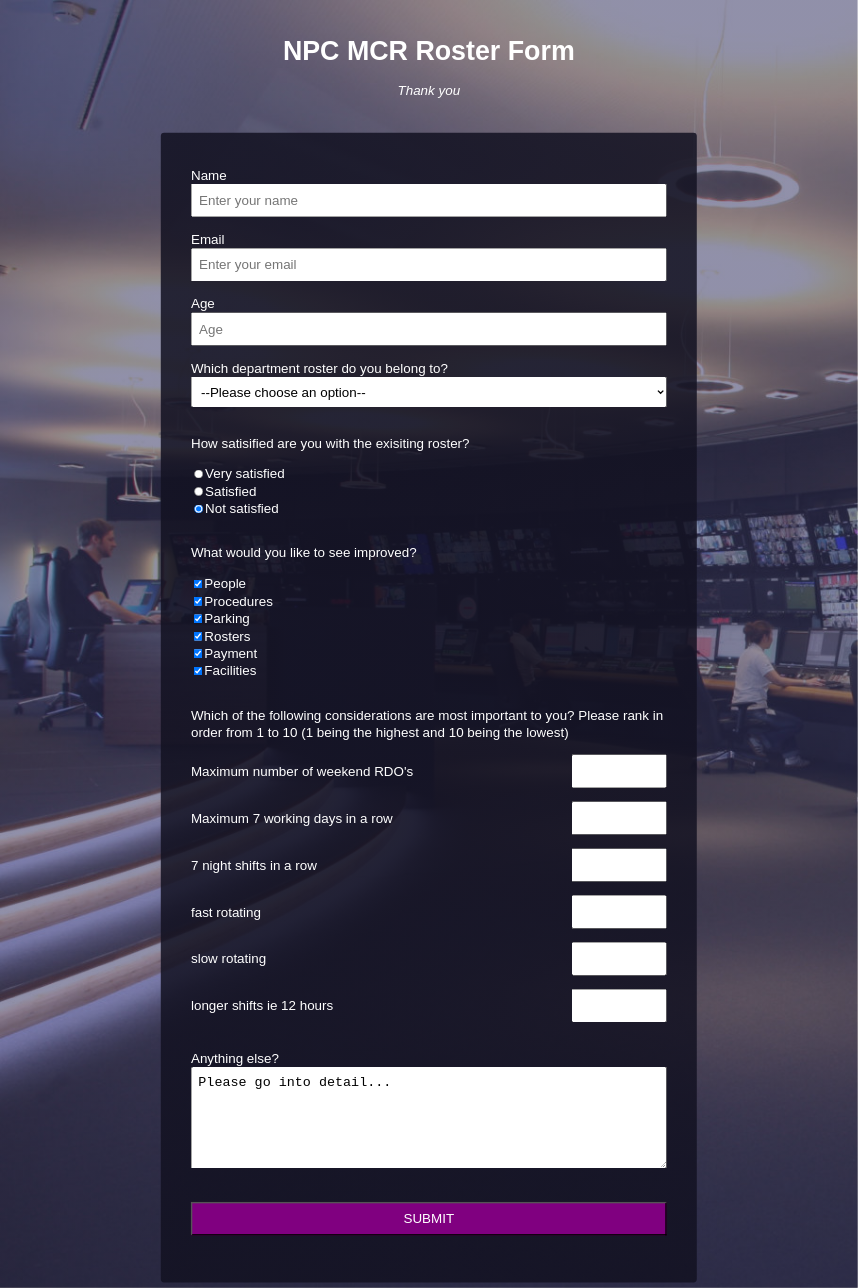
Repository: rvass/fcc-survey-form
Page: index.html
The author's editor kept a record of every edit. The page is drawn from the files as they stood at one moment, then again after the next edit.
The browser window is 1280 px wide. The pictures show the whole page, at 67% of full size.

Above is the page before.

After the next edit:
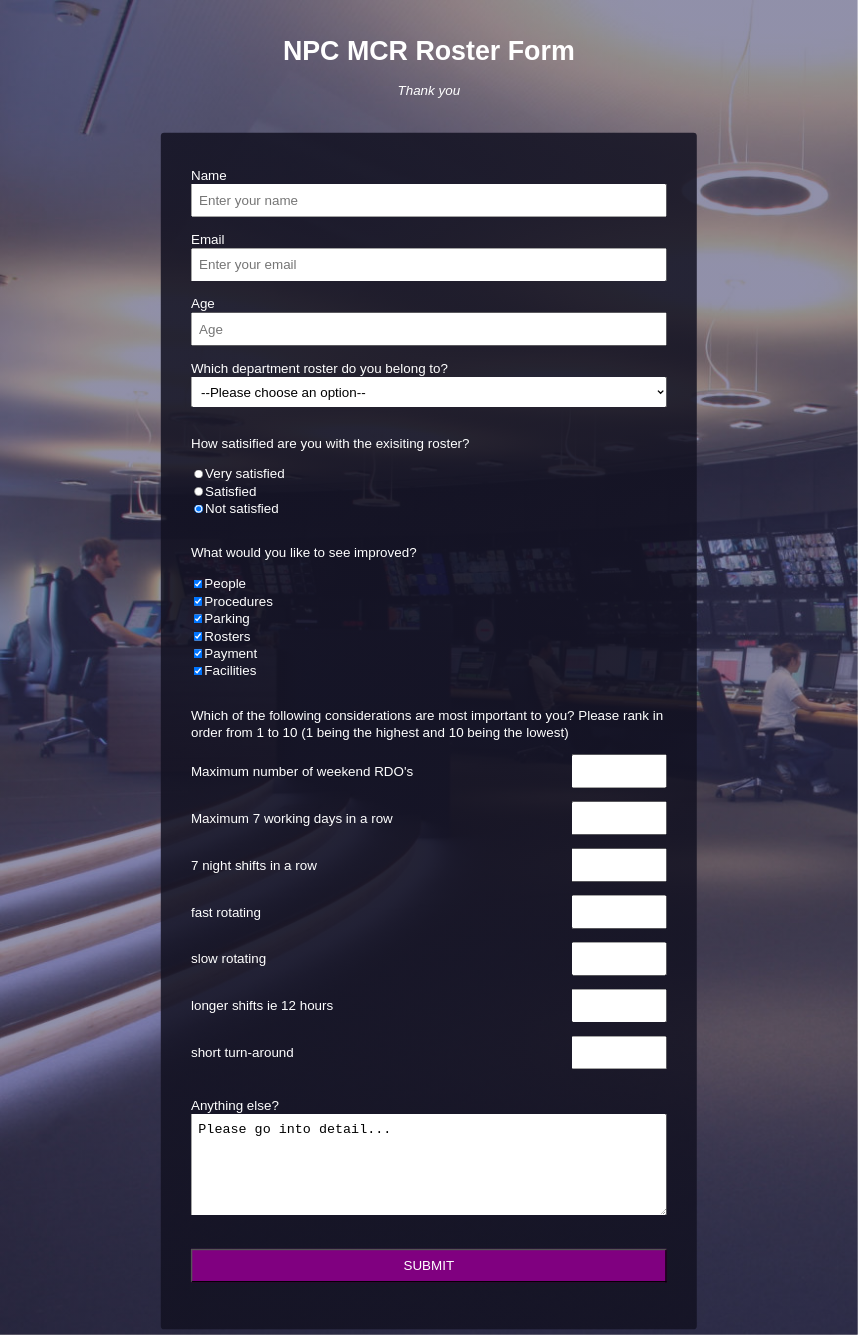
The edit:
--- a/index.html
+++ b/index.html
@@ -81,6 +81,10 @@
                     <label for="max-weekends">longer shifts ie 12 hours</label>
                     <input type="number" name="priority" id="max-weekends">
                 </div>
+                <div class="considerations">
+                    <label for="max-weekends">short turn-around</label>
+                    <input type="number" name="priority" id="max-weekends">
+                </div>
 
 
 
